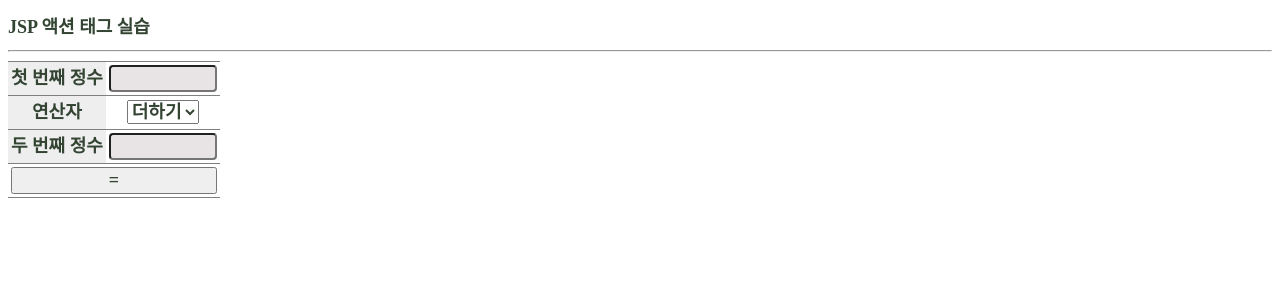
Repository: hyyrim/WebStudy
Page: http://localhost/WebApp16/Calc.jsp
An editor plug-in stored every save of this project. The page is shown before and after the next save, followed by the edit.
The browser window is 1280 px wide. The pictures show the whole page.
The page is served by Tomcat 9. Other server files are loaded and not shown.

Above is the page before, as saved 2021-05-20 03:10:22.

### WebApp16/WebContent/Calc.jsp
<%@ page contentType="text/html; charset=UTF-8"%>
<!DOCTYPE html>
<html>
<head>
<meta charset="UTF-8">
<title>Calc.jsp</title>
<link rel="stylesheet" type="text/css" href="css/default.css">
<style type="text/css">

	.txtNum {width: 100px; text-align: right; background-color: #e8e4e6;}

</style>

<script type="text/javascript">

</script>

</head>
<body>

<div>
	<h1>JSP 액션 태그 실습</h1>
	<hr>
</div>

<div>
	<form>
		<table class="table">
			<tr>
				<th>첫 번째 정수</th>
				<td>
					<input type="text" name="su1" class="txtNum">
				</td>
			</tr>
			<tr>
				<th>연산자</th>
				<td>
					<select name="op">
						<option value="+">더하기</option>
						<option value="-">빼기</option>
						<option value="*">곱하기</option>
						<option value="/">나누기</option>
					</select>
				</td>
			</tr>
			<tr>
				<th>두 번째 정수</th>
				<td>
					<input type="text" name="su2" class="txtNum">
				</td>
			</tr>
			<tr>
				<td colspan="2">
					<button type="submit" class="btn" style="width: 100%;"> = </button>
				</td>
			</tr>

		</table>
	</form>
</div>


</body>
</html>

### WebApp16/WebContent/css/default.css
@charset "UTF-8";

*
{
	font-size: 18px;
	color: #343;
	font-family: 맑은 고딕;
	font-weight: bold;
}

input
{
	border-radius: 4px;
}

button:hover
{
	color: orange;
}

.table
{
	border-collapse: collapse;
}

.table th, .table td
{
	border: 1px solid gray;
	border-left: 0px;
	border-right: 0px;

	padding: 3px;
	line-height: 150%;
	text-align: center;
}

.table th
{
	font-weight: bold;
	background-color: #EEE;
}

.btn01
{
	font-size: 10px;
	color: blue;
	width: 45px;
	height: 30px;
}

.btn02
{
	font-size: 10px;
	color: gray;
	width: 45px;
	height: 30px;
}

.btn02:hover
{
	color: gray;
}

.errMsg
{
	font-size: small;
	color: red;
	display: none;
}

.numTh
{
	width: 50px;
}

.nameTh
{
	width: 100px;
}

.telTh
{
	width: 150px;
}

.manageTh
{
	width: 200px;
}

.txtScore
{
	width: 100px;
	text-align: right;
}

After the next save:
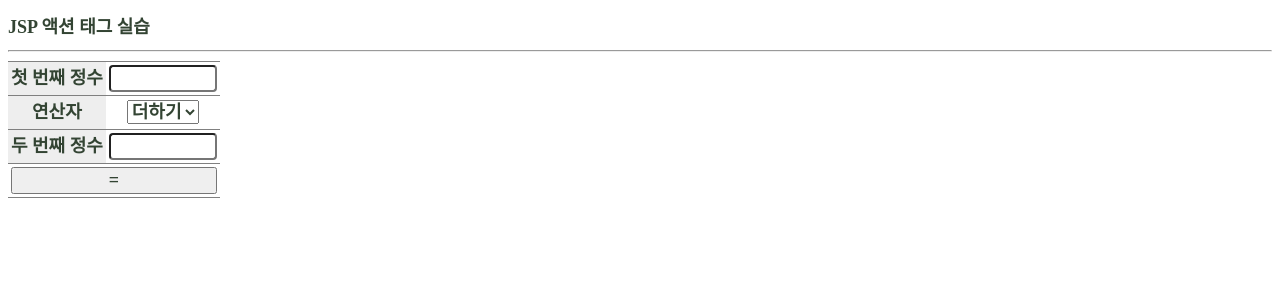
Saved 27 s later.
--- a/WebApp16/WebContent/Calc.jsp
+++ b/WebApp16/WebContent/Calc.jsp
@@ -7,7 +7,8 @@
 <link rel="stylesheet" type="text/css" href="css/default.css">
 <style type="text/css">
 
-	.txtNum {width: 100px; text-align: right; background-color: #e8e4e6;}
+	.txtNum {width: 100px; text-align: right; }
+	.txtNum:hover { background-color: #e8e4e6; }
 
 </style>
 
